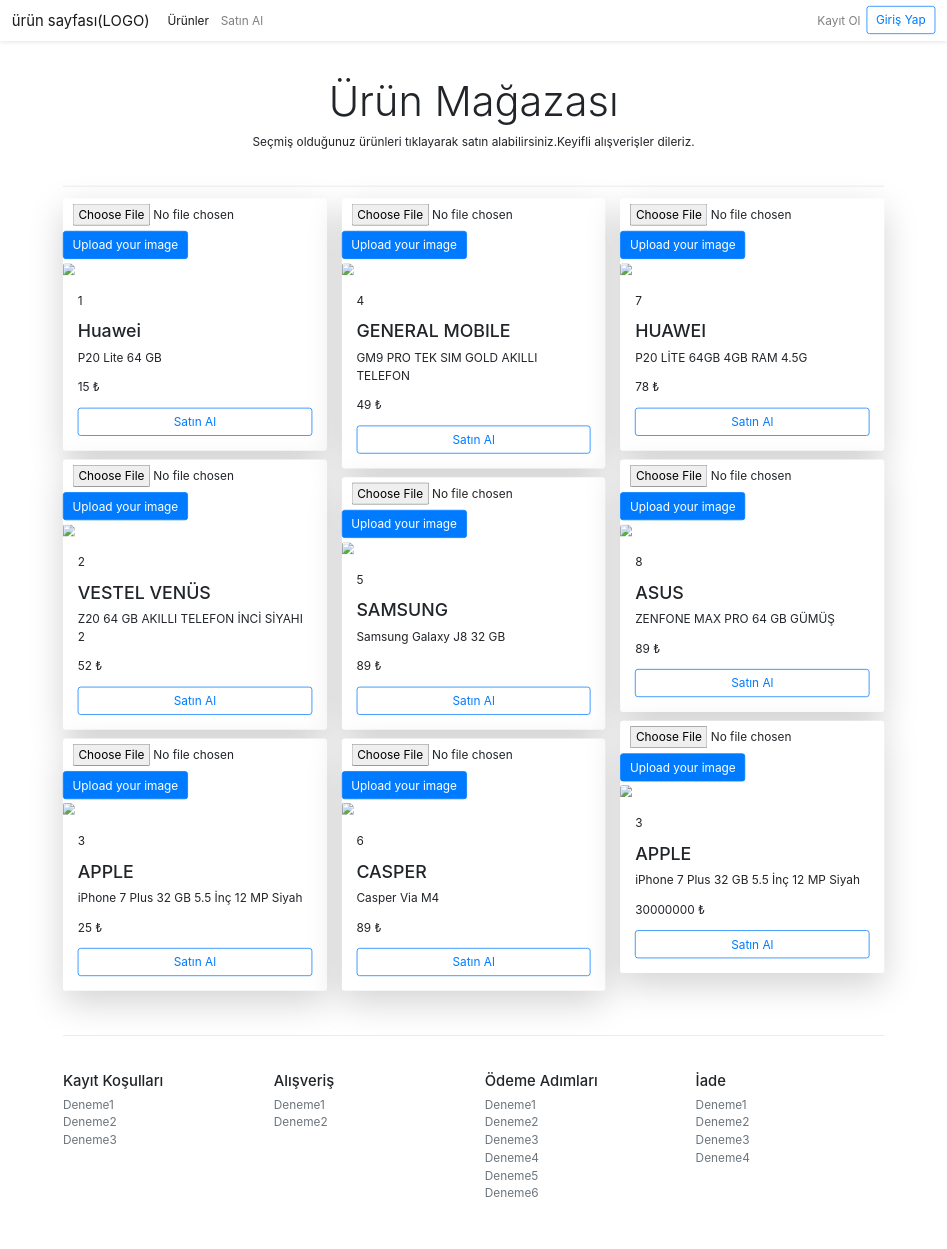
Repository: NergisAktug/E-Commerce-PythonWithFlask-Sqlite3
Page: http://localhost/
An editor plug-in stored every save of this project. The page is shown before and after the next save, followed by the edit.
The browser window is 1280 px wide. The pictures show the whole page, at 74% of full size.
Some web libraries are served in a nearby version. The page is served by the project's application, run on Flask 3 (app.py). The page reads the database file committed with the project.

Above is the page before, as saved 2018-12-16 00:21:21.

### templates/index.html
<!doctype html>

<html lang="en">
  <head>
      <!-- Required meta tags -->
    <meta charset="utf-8">
    <meta name="viewport" content="width=device-width, initial-scale=1, shrink-to-fit=no">
    <link rel="stylesheet" href="https://use.fontawesome.com/releases/v5.5.0/css/all.css" integrity="sha384-B4dIYHKNBt8Bc12p+WXckhzcICo0wtJAoU8YZTY5qE0Id1GSseTk6S+L3BlXeVIU" crossorigin="anonymous">
    <!-- Bootstrap CSS -->
    <link rel="stylesheet" href="https://stackpath.bootstrapcdn.com/bootstrap/4.1.3/css/bootstrap.min.css" integrity="sha384-MCw98/SFnGE8fJT3GXwEOngsV7Zt27NXFoaoApmYm81iuXoPkFOJwJ8ERdknLPMO" crossorigin="anonymous">

    <title>Hello, world!</title>
  </head>
  <body>



    <nav class="navbar navbar-expand-lg navbar-light shadow-sm" >
        <a href="/" class="navbar-brand">ürün sayfası(LOGO)</a>
        <button class="navbar-toggler" type="button" data-toggle="collapse" data-target="#navbarMenü">
            <span class="navbar-toggler-icon"></span>
        </button>
        <div class="collapse navbar-collapse" id="navbarMenü">
            <ul class="navbar-nav mr-auto">
                <li class="nav-item">
                    <a href="/" class="nav-link active" >Ürünler</a>
                 </li>
                 <li class="nav-item">
                        <a href="/giris" class="nav-link">Satın Al</a>
                     </li>
                     </ul>

                     {% if mesaj %}
                     <ul class="navbar-nav">
                     <div class="alert alert-success">
                            <strong>Başardınız!</strong> {{mesaj}}
                          </div>
                          <li class="nav-item">
                                <a href="/uyeGiris" class="btn btn-outline-primary">Giriş Yap</a>
                               </li>
                            </ul>
                        {% else %}
        {% if  session['uye_giris'] %}
        <ul class="navbar-nav ml-auto">
               <li class="nav-item">  <a href="/sepetGoster" class="nav-link">Sepetim</a></li>
               <li class="nav-item">  <a href="/cikis" class="btn btn-outline-primary">Çıkış Yap</a></li>
            </ul>

        {% else %}
        {% if session['admin_giris']  %}
        <ul class="navbar-nav ml-auto">
                <li class="nav-item"><a href="/giris" >Admin</a></li>
                <li class="nav-item"><a href="/cikis" >Çıkış Yap</a></li>
        </ul>
        {% else %}
            <ul class="navbar-nav">
            <li class="nav-item">
            <a href="/kayit" class="nav-link">Kayıt Ol</a>
            </li>
            <li class="nav-item">
            <a href="/giris" class="btn btn-outline-primary">Giriş Yap</a>
            </li>
            </ul>
            {% endif %}
        {% endif %}
     {% endif %}
        </div>

    </nav>

    <div class="container my-5">
      <h1 class="display-4 text-center mb-2">Ürün Mağazası</h1>
       <p class="text-center mb-5">Seçmiş olduğunuz ürünleri  tıklayarak satın alabilirsiniz.Keyifli alışverişler dileriz.</p>
      <div class="clearfix"></div><hr>
      <div class="card-columns">
          {% if Urun==[] %}
          <div class="alert alert-warning" role="alert">Herhangi bir ürün yok...</div>
          {% else %}
          {% for kayit in Urun %}
          <div data-aos="fade-down" class="card border-0 shadow-lg">
                <form action="/yukle" method="post" enctype="multipart/form-data" >
                    <span class="btn btn-default btn-file">
                       <input type="file" name="image">
                    </span>

                  <input type="submit" value="Upload your image" class="btn btn-primary">
                </form>
          <img src="#"  class="card-img-top">
             <div class="card-body">
                    {% for m in marka %}
                    {% if m.markaId==kayit.markaId %}

                    <p>{{m.markaId}}</p>
                    <h4>{{m.markaadi}}</h4>
                    <P>{{m.marka_modeli}} </P>
                    <p>{{kayit.urunFiyati}} ₺</p>
                    <a href="/sepet/kayit.markaId" class="btn btn-outline-primary btn-block">Satın Al</a>
                    {% endif %}
                 {% endfor %}


            </div>
          </div>

      {% endfor %}
      {% endif %}
       </div>
    <hr class="my-5">
</div>


   <footer class="my-5">
<div class="container">
      <div class="row">
     <div class="col-6 col-md-3">
       <h5>Kayıt Koşulları</h5>
       <ul class="list-unstyled">
        <li><a href="#" class="text-muted">Deneme1</a></li>
        <li><a href="#" class="text-muted">Deneme2</a></li>
        <li><a href="#" class="text-muted">Deneme3</a></li>

        </ul>
     </div>

     <div class="col-6 col-md-3">
        <h5>Alışveriş</h5>
        <ul class="list-unstyled">
            <li><a href="#" class="text-muted">Deneme1</a></li>
            <li><a href="#" class="text-muted">Deneme2</a></li>

         </ul>
      </div>
      <div class="col-6 col-md-3">
          <h5>Ödeme Adımları</h5>
          <ul class="list-unstyled">
              <li><a href="#" class="text-muted">Deneme1</a></li>
              <li><a href="#" class="text-muted">Deneme2</a></li>
              <li><a href="#" class="text-muted">Deneme3</a></li>
              <li><a href="#" class="text-muted">Deneme4</a></li>
              <li><a href="#" class="text-muted">Deneme5</a></li>
              <li><a href="#" class="text-muted">Deneme6</a></li>
           </ul>
        </div>
        <div class="col-6 col-md-3">
            <h5>İade</h5>
            <ul class="list-unstyled">
                <li><a href="#" class="text-muted">Deneme1</a></li>
                <li><a href="#" class="text-muted">Deneme2</a></li>
                <li><a href="#" class="text-muted">Deneme3</a></li>
                <li><a href="#" class="text-muted">Deneme4</a></li>
             </ul>
          </div>
      </div>
</div>
   </footer>

    <!-- Optional JavaScript -->
    <!-- jQuery first, then Popper.js, then Bootstrap JS -->
    <script src="https://unpkg.com/aos@2.3.1/dist/aos.js"></script>
    <script src="https://code.jquery.com/jquery-3.3.1.slim.min.js" integrity="sha384-q8i/X+965DzO0rT7abK41JStQIAqVgRVzpbzo5smXKp4YfRvH+8abtTE1Pi6jizo" crossorigin="anonymous"></script>
    <script src="https://cdnjs.cloudflare.com/ajax/libs/popper.js/1.14.3/umd/popper.min.js" integrity="sha384-ZMP7rVo3mIykV+2+9J3UJ46jBk0WLaUAdn689aCwoqbBJiSnjAK/l8WvCWPIPm49" crossorigin="anonymous"></script>
    <script src="https://stackpath.bootstrapcdn.com/bootstrap/4.1.3/js/bootstrap.min.js" integrity="sha384-ChfqqxuZUCnJSK3+MXmPNIyE6ZbWh2IMqE241rYiqJxyMiZ6OW/JmZQ5stwEULTy" crossorigin="anonymous"></script>
    <script>
        AOS.init();
      </script>
  </body>
</html>

### app.py
import datetime
import os
from flask import Flask,flash, request, render_template
from flask import Flask, url_for, redirect, session
from flask_sqlalchemy import SQLAlchemy
from sqlalchemy.sql import table, column, select



class ConfigClass(object):

    SECRET_KEY = 'This is an INSECURE secret!! DO NOT use this in production!!'

    SQLALCHEMY_DATABASE_URI = 'sqlite:///eticaret.sqlite'
    SQLALCHEMY_TRACK_MODIFICATIONS = False

    MAIL_SERVER = 'smtp.gmail.com'
    MAIL_PORT = 465
    MAIL_USE_SSL = True
    MAIL_USE_TLS = False
    MAIL_USERNAME = 'nergis.aktug2014@gmail.com'
    MAIL_PASSWORD = '05383896877'
    MAIL_DEFAULT_SENDER = '"MyApp" <xyz@gmail.com>'

    USER_ENABLE_EMAIL = True
    USER_ENABLE_USERNAME = False
    USER_EMAIL_SENDER_EMAIL = "noreply@example.com"


def create_app():



    app = Flask(__name__)
    app.config.from_object(__name__ + '.ConfigClass')

    db = SQLAlchemy(app)

    UPLOAD_FOLDER = os.path.basename('uploads')
    app.config['UPLOAD_FOLDER'] = UPLOAD_FOLDER

    class Kullanici(db.Model):
        __tablename__ = 'Kullanici'
        id = db.Column(db.Integer, primary_key=True)
        email = db.Column(db.String(80), unique=True)
        sifre = db.Column(db.String(80))
        rolId = db.Column(db.Integer, db.ForeignKey('rol.rolId', ondelete='CASCADE'))
        def __init__(self, email, sifre,rolId):
            self.email = email
            self.sifre = sifre
            self.rolId =rolId

    class Roller(db.Model):
        __tablename__ = 'rol'
        rolId = db.Column(db.Integer, primary_key=True)
        rolisim = db.Column(db.String(80))

    class urunler(db.Model):
        __tablename__ = 'urunler'
        urun_id = db.Column(db.Integer, primary_key=True)
        urunismi = db.Column(db.String(80))
        urunresmi = db.Column(db.String(256))
        urunstok=db.Column(db.Integer)
        urunFiyati = db.Column(db.Integer)
        markaId = db.Column(db.Integer,db.ForeignKey('markalar.markaId', ondelete='CASCADE'))

        def __init__(self, urunismi, urunresmi, urunFiyati,urunstok,markaId):
            self.urunismi =urunismi
            self.urunresmi = urunresmi
            self.urunFiyati = urunFiyati
            self.markaId=markaId
            self.urunstok=urunstok
    class markalar(db.Model):
        __tablename__ = 'markalar'
        markaId = db.Column(db.Integer, primary_key=True)
        markaadi = db.Column(db.String(80))
        marka_modeli = db.Column(db.String(80))

        def __init__(self, markaadi, marka_modeli):
            self.markaadi = markaadi
            self.marka_modeli = marka_modeli

    class musteri(db.Model):
        __tablename__ = 'musteri'
        musteriId = db.Column(db.Integer, primary_key=True)
        musteriadi = db.Column(db.String(80))
        musterisoyadi = db.Column(db.String(80))
        mail = db.Column(db.String(80), unique=True)
        telefon = db.Column(db.Integer)
        sifre = db.Column(db.String(80))
        il = db.Column(db.String(80))
        ilce = db.Column(db.String(80))
        kullaniciId = db.Column(db.Integer(), db.ForeignKey('Kullanici.id', ondelete='CASCADE'))

        def __init__(self, musteriadi, musterisoyadi, mail, telefon, sifre, il, ilce, kullaniciId):
            self.musteriadi = musteriadi
            self.musterisoyadi = musterisoyadi
            self.mail = mail
            self.telefon = telefon
            self.sifre = sifre
            self.il = il
            self.ilce = ilce
            self.kullaniciId = kullaniciId

    class siparis(db.Model):
        __tablename__ = 'siparis'
        siparisId = db.Column(db.Integer, primary_key=True)
        musteriId = db.Column(db.Integer(), db.ForeignKey('musteri.musteriId', ondelete='CASCADE'))
        urunId = db.Column(db.Integer(), db.ForeignKey('urunler.urun_id', ondelete='CASCADE'))
        siparisno = db.Column(db.Integer)
        siparisTarihi = db.Column(db.DateTime, index=True, default=datetime.datetime.utcnow())
        odemeId = db.Column(db.Integer())

        def __init__(self, musteriId, urunId, siparisno, siparisTarihi, odemeId):
            self.musteriId = musteriId
            self.urunId = urunId
            self.siparisno = siparisno
            self.siparisTarihi = siparisTarihi
            self.odemeId = odemeId




    db.create_all()



    @app.route('/')
    def anasayfa():

        marka=markalar.query.all()
        Urun=urunler.query.all()
        tumVeri=urunler.query.all()

        return render_template('index.html',tumVeri=tumVeri,Urun=Urun,marka=marka)

    @app.route('/yukle', methods=['POST'])
    def yukle():
        file= request.files['image']
        f = os.path.join(app.config['UPLOAD_FOLDER'], file.filename)
        file.save(f)
        return redirect(url_for('anasayfa'))

    @app.route('/kayit', methods=['GET', 'POST'])
    def kayit():
        if request.method == 'POST':
            mail = request.form['email']
            parola = request.form['sifre']
            yeniKullanici = Kullanici(email=mail, sifre=parola,rolId=0)
            db.session.add(yeniKullanici)
            db.session.commit()
            if yeniKullanici is not None:
                mesaj = "Kayıt Başarıyla Sağlanmıştır."
                return render_template("index.html", mesaj=mesaj)
        else:
            return render_template('kayit.html')


    @app.route('/uye', methods=['GET', 'POST'])
    def uye():
        return redirect(url_for('giris'))

    @app.route('/giris', methods=['GET', 'POST'])
    def giris():
        if request.method == 'GET':
            return render_template('uyeGiris.html')
        else:
            email = request.form['email']
            sifre = request.form['sifre']
            data = Kullanici.query.filter_by(email=email, sifre=sifre).first()
            if data is not None:

                if Kullanici.query.filter_by(email=email, sifre=sifre, rolId=1).first():
                    session['admin_giris'] = True
                    return render_template('admin.html',rolId = 1, gir = session['admin_giris'])
                else:
                    session['uye_giris'] = True

                    return redirect(url_for('anasayfa',rolId = 0, gir = session['uye_giris']))
            else:
                return render_template('uyeGiris.html')
    @app.route('/cikis')
    def cikis():
        session.pop('admin_giris',None)
        session.pop('uye_giris',None)
        return redirect(url_for("anasayfa"))
    @app.route('/urunEkle')
    def urunGoster():
        tumVeri=urunler.query.all()
        return render_template("urunEkle.html",tumVeri=tumVeri)


    @app.route('/urunEklemeYap',methods=['POST'])
    def urunEklemeYap():
        urunismi=request.form['urunismi']
        urunResmi=request.form['urunresmi']
        urunFiyati=request.form['fiyati']
        urunStok=request.form['urunstok']
        markaId=request.form['markaId']
        yeniUrun=urunler(urunismi=urunismi,urunresmi=urunResmi,urunFiyati=urunFiyati,urunstok=urunStok,markaId=markaId)
        db.session.add(yeniUrun)
        db.session.commit()
        return redirect(url_for("urunGoster"))
    @app.route("/sil/<string:id>")
    def sil(id):
        urun=urunler.query.filter_by(urun_id=id).first()
        db.session.delete(urun)
        db.session.commit()
        return redirect(url_for('urunGoster'))
    @app.route('/guncelle/<string:id>',methods=['POST','GET'])
    def guncelle(id):
        try:
            urunismi = request.form.get("urunİsmi")
            urunresmi = request.form.get("urunresmi")
            urunFiyati = request.form.get("urunFiyati")
            urunStok=request.form.get("urunstok")
            markaId = request.form.get("markaId")
            urun = urunler.query.filter_by(urun_id=id).first()
            urun.urunismi = urunismi
            urun.urunresmi=urunresmi
            urun.urunFiyati=urunFiyati
            urun.urunstok=urunStok
            urun.markaId=markaId
            db.session.commit()
        except Exception as e:
            print("güncelleme yapılamadı")
            print(e)
        return redirect(url_for('urunGoster'))
    @app.route('/sepetGoster')
    def sepetGoster():

        return render_template("sepet.html")
    @app.route('/sepet/<string:id>',methods=['POST','GET'])
    def sepet(id):
        urun=urunler.query.filter_by(urun_id=id).first()
        marka=markalar.query.filter_by(markaId=id).first()

        return  render_template("sepet.html",urun=urun,marka=marka)


    @app.route('/Markalar',methods=['POST','GET'])
    def Markalar():
       tumMarka=markalar.query.all()
       return render_template("marka.html",tumMarka=tumMarka)


    @app.route('/markaEklemeYap',methods=['POST'])
    def markaEklemeYap():
        ad=request.form['markaadi']
        model=request.form['markamodeli']
        yenimarka=markalar(markaadi=ad,marka_modeli=model)
        db.session.add(yenimarka)
        db.session.commit()
        return redirect(url_for("Markalar"))
    return app
if __name__ == '__main__':
    app=create_app()
    app.run(host='127.0.0.1', port=5000, debug=True)

### eticaret.sqlite (the tables this page reads, as SQL)
CREATE TABLE markalar (
	"markaId" INTEGER NOT NULL, 
	markaadi VARCHAR(80), 
	marka_modeli VARCHAR(80), 
	PRIMARY KEY ("markaId")
);
INSERT INTO "markalar" VALUES
(1, 'Huawei', 'P20 Lite 64 GB'),
(2, 'VESTEL VENÜS', 'Z20 64 GB AKILLI TELEFON İNCİ SİYAHI 2'),
(3, 'APPLE', 'iPhone 7 Plus 32 GB 5.5 İnç 12 MP Siyah'),
(4, 'GENERAL MOBILE ', 'GM9 PRO TEK SIM GOLD AKILLI TELEFON'),
(5, 'SAMSUNG', 'Samsung Galaxy J8 32 GB '),
(6, 'CASPER', 'Casper Via M4'),
(7, 'HUAWEI', 'P20 LİTE 64GB 4GB RAM 4.5G'),
(8, 'ASUS', 'ZENFONE MAX PRO 64 GB GÜMÜŞ'),
(9, 'LG', 'V30 PLUS 128GB AKILLI TELEFON GÜMÜŞ'),
(10, 'xiomi', 'f16');

CREATE TABLE "urunler" (
	`urun_id`	INTEGER NOT NULL,
	`urunismi`	VARCHAR ( 80 ),
	`urunresmi`	VARCHAR ( 256 ),
	`urunstok`	INTEGER,
	`urunFiyati`	INTEGER,
	`markaId`	INTEGER,
	`popular`	TEXT,
	PRIMARY KEY(`urun_id`),
	FOREIGN KEY(`markaId`) REFERENCES `markalar`(`markaId`) ON DELETE CASCADE
);
INSERT INTO "urunler" VALUES
(1, 'telefon', 'var', 50, 15, 1, '1'),
(2, 'telefon', 'var', 10, 52, 2, '0'),
(3, 'telefon', 'var', 26, 25, 3, '0'),
(4, 'telefon', 'var', 78, 49, 4, '0'),
(5, 'telefon', 'var', 52, 89, 5, '3'),
(6, 'telefon', 'var', 12, 89, 6, '2'),
(7, 'telefon', 'var', 16, 78, 7, '7'),
(8, 'telefon', 'var', 45, 89, 8, '0'),
(10, 'bilgisayar', 'yok', 1, 30000000, 3, NULL);

After the next save:
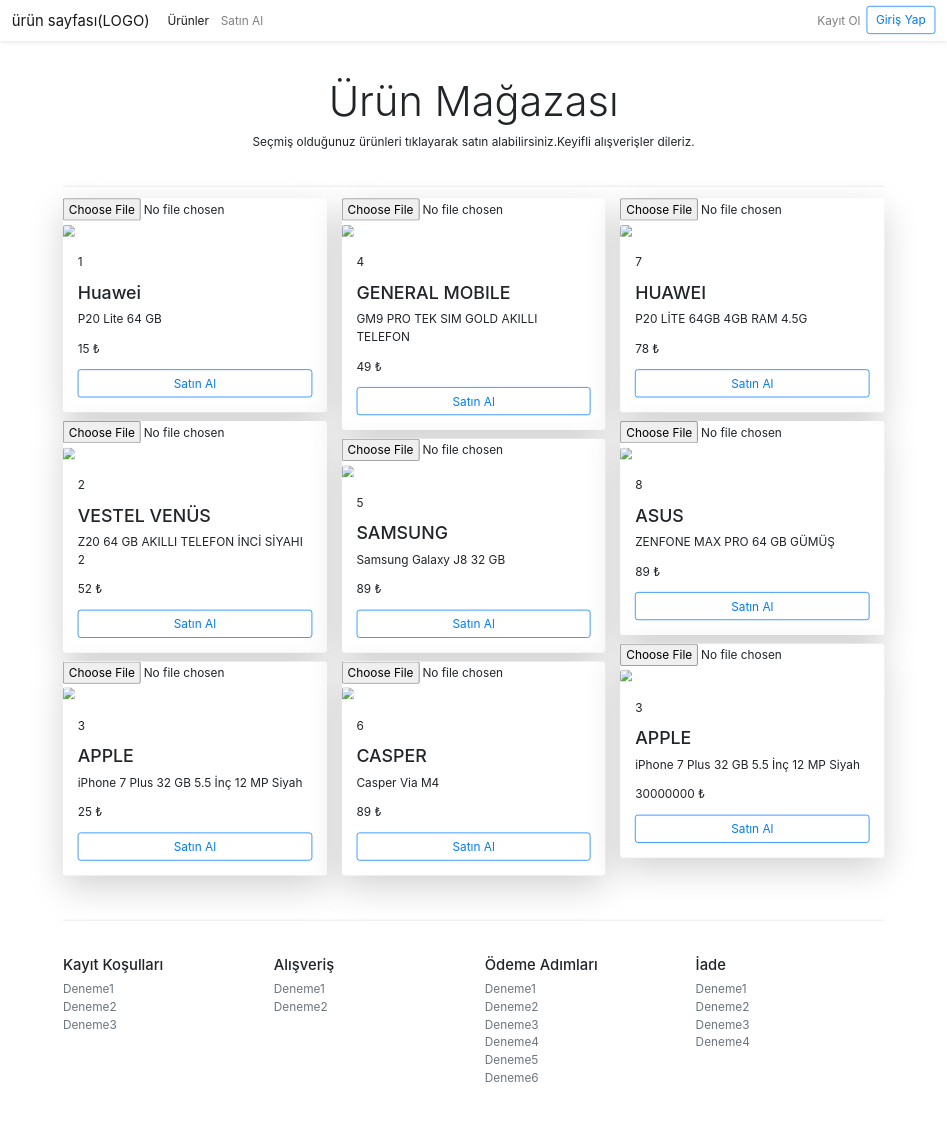
Saved 4 s later.
--- a/templates/index.html
+++ b/templates/index.html
@@ -79,11 +79,7 @@
           {% for kayit in Urun %}
           <div data-aos="fade-down" class="card border-0 shadow-lg">
                 <form action="/yukle" method="post" enctype="multipart/form-data" >
-                    <span class="btn btn-default btn-file">
-                       <input type="file" name="image">
-                    </span>
-
-                  <input type="submit" value="Upload your image" class="btn btn-primary">
+                    <input type="file" name="image">
                 </form>
           <img src="#"  class="card-img-top">
              <div class="card-body">
